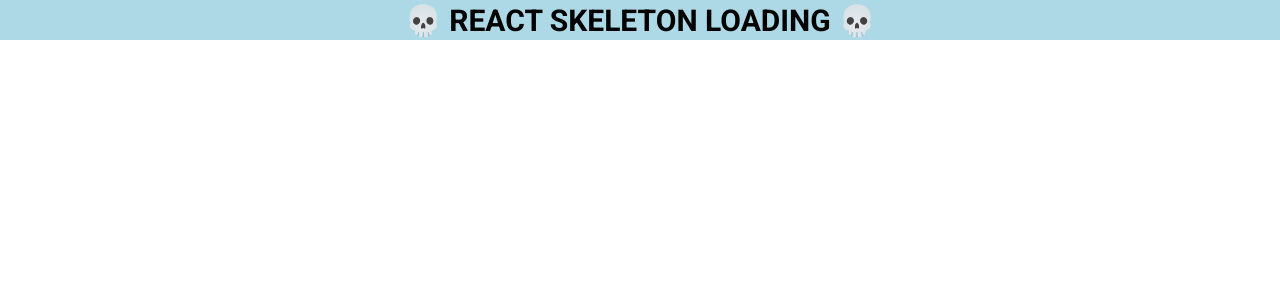
Repository: ethanJones21/React-Skeleton-Loading
Page: /
These files come from the project's save history. The page is drawn as it stood at one moment and after the next save; the edit follows.
The browser window is 1280 px wide. The pictures show the whole page.
The project was rebuilt for these pictures with package versions that can differ from the ones it lists, and the page was loaded fresh each time.

Above is the page before, as saved 2020-11-26 02:04:00.

After the next save:
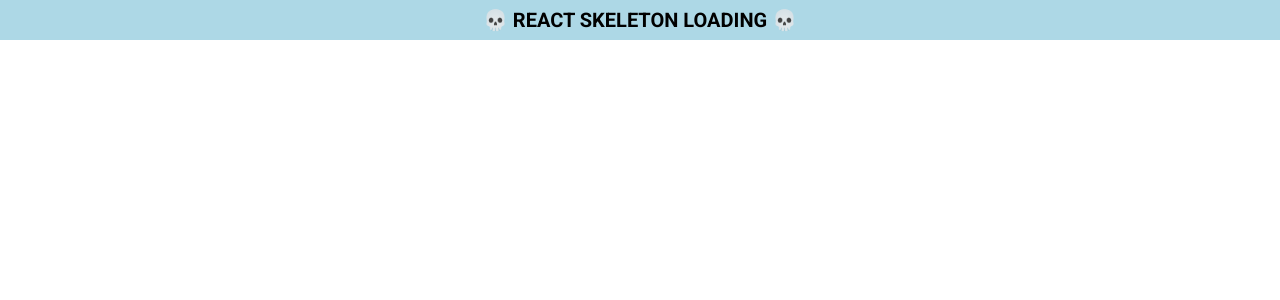
Saved 4 s later.
--- a/src/components/Header.css
+++ b/src/components/Header.css
@@ -6,5 +6,5 @@
     width: 100%;
     background-color: lightblue;
     font-weight: 600;
-    font-size: 30px;
+    font-size: 20px;
 }
